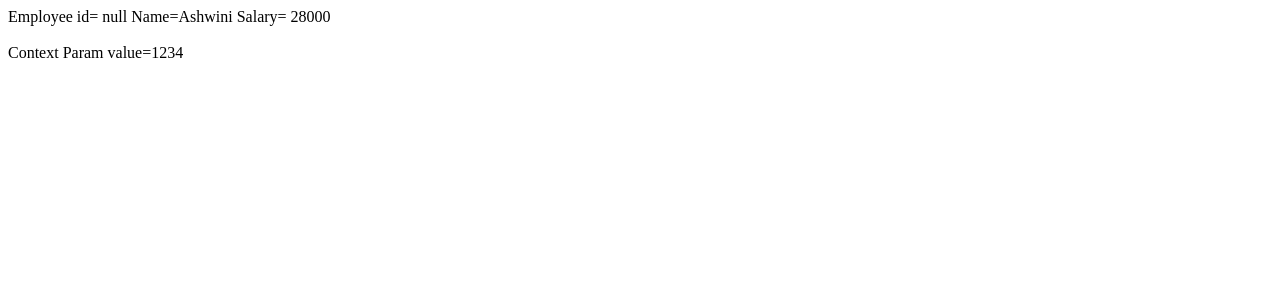
Repository: Ashwini12344/TY_CG_HTD_BangaloreNovember_JFS_AshwiniR
Page: http://localhost/mywebapp/getEmployee
The author's editor kept a copy of each file at every save. The page is drawn from the files as they stood at one save, then again after the next save.
The browser window is 1280 px wide. The pictures show the whole page.
The page is served by Tomcat 9.

Above is the page before, as saved 2019-12-16 18:17:02.

After the next save:
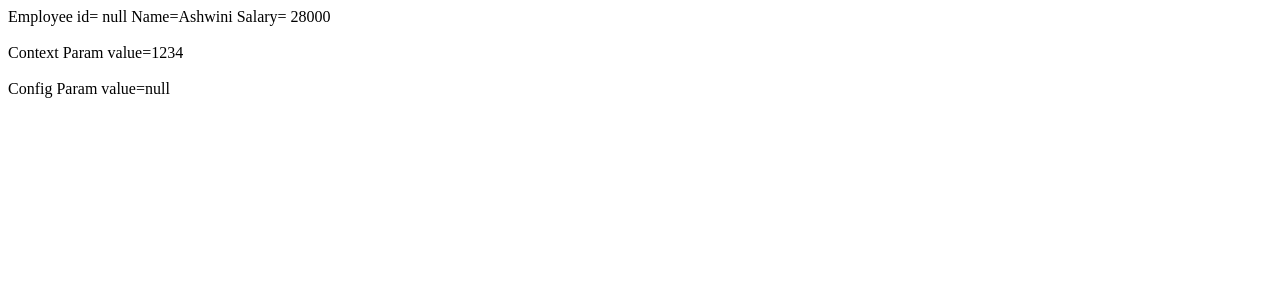
Saved 116 s later.
--- a/BackEnd/Servlets/mywebapp/src/main/java/com/capgemini/mywebapp/servlets/GetEmployeeServlet.java
+++ b/BackEnd/Servlets/mywebapp/src/main/java/com/capgemini/mywebapp/servlets/GetEmployeeServlet.java
@@ -3,6 +3,7 @@ package com.capgemini.mywebapp.servlets;
 import java.io.IOException;
 import java.io.PrintWriter;
 
+import javax.servlet.ServletConfig;
 import javax.servlet.ServletContext;
 import javax.servlet.ServletException;
 import javax.servlet.http.HttpServlet;
@@ -14,6 +15,8 @@ public class GetEmployeeServlet extends HttpServlet {
 	{
 		ServletContext context=getServletContext();
 		String contextParamVal=context.getInitParameter("myContextParam");
+		ServletConfig config=getServletConfig();
+		String configParamVal=config.getInitParameter("myConfigParam");
 		String idVal=req.getParameter("id");
 		resp.setContentType("text/html");
 		PrintWriter out=resp.getWriter();
@@ -23,6 +26,7 @@ public class GetEmployeeServlet extends HttpServlet {
 		out.println("Name=Ashwini");
 		out.println("Salary= 28000");
 		out.println("<br><br>Context Param value="+contextParamVal);
+		out.println("<br><br>Config Param value="+configParamVal);
 		out.println("</body>");
 		out.println("</html>");
 
